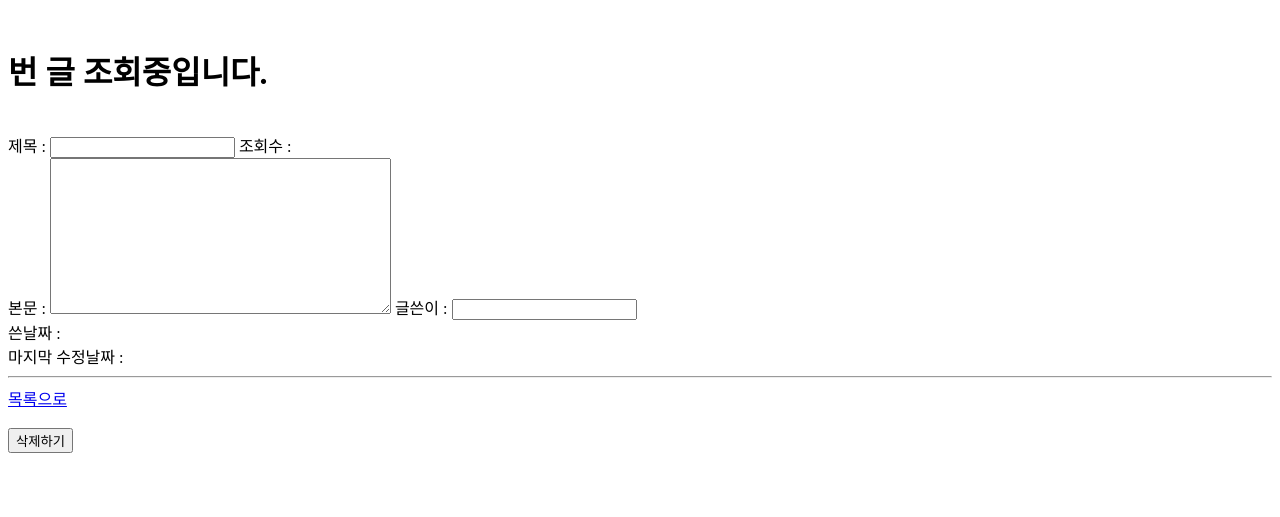
Repository: HeeMang28/jsp2
Page: http://localhost/MyFirstWeb/board/boardDetail.jsp
These files come from the project's save history. The page is drawn as it stood at one moment and after the next save; the edit follows.
The browser window is 1280 px wide. The pictures show the whole page.
The page is served by Tomcat 9. The template is opened directly, without the code that normally fills it, so the values that code supplies are empty.

Above is the page before, as saved 2022-04-21 09:42:31.

After the next save:
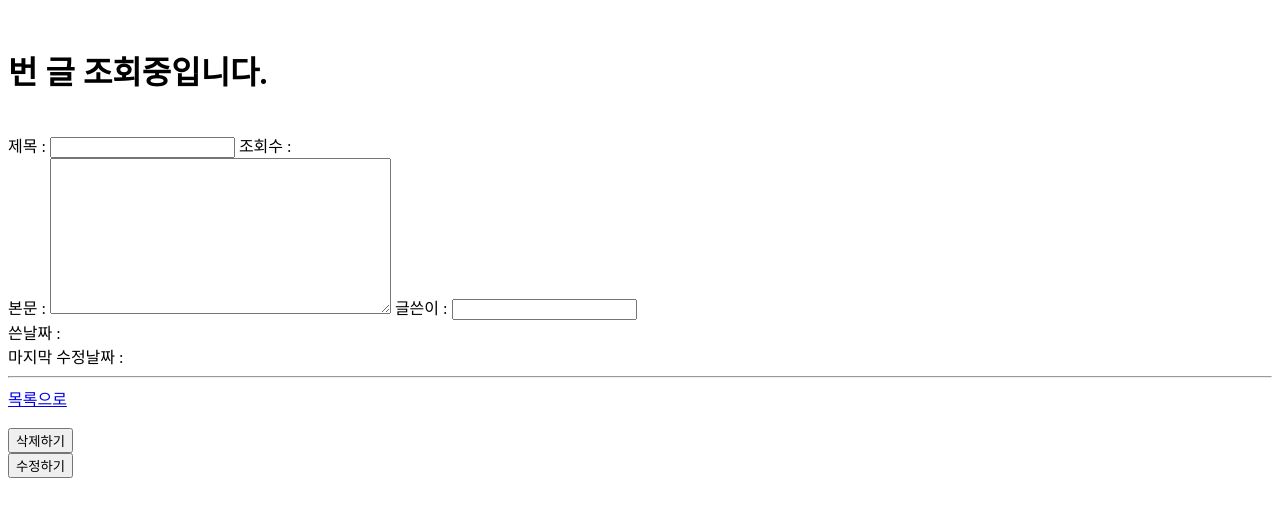
Saved 3 min 30 s later.
--- a/MyFirstWeb/src/main/webapp/board/boardDetail.jsp
+++ b/MyFirstWeb/src/main/webapp/board/boardDetail.jsp
@@ -22,5 +22,6 @@
 	<input type="hidden" name="board_num" value="${board.boardNum }"><br/>
 	<input type="submit" value="삭제하기" />
 	</form>
+	<a href="http://localhost:8181/MyFristWeb/boardUpdateForm"><button>수정하기</button></a>
 </body>
 </html>
